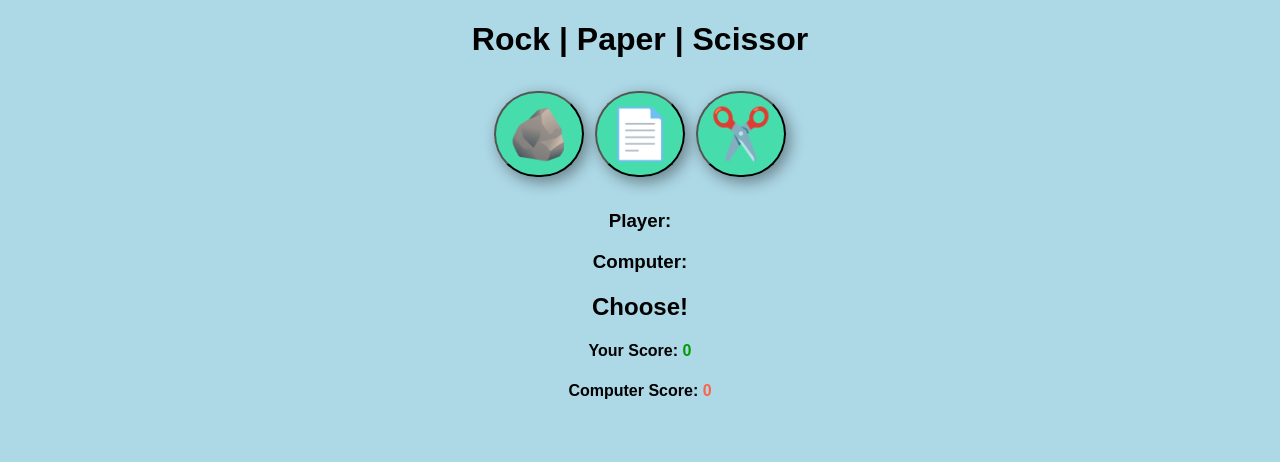
Repository: SakthivelDurai47/Rock-Paper-Sissors
Page: index.html
An editor plug-in stored every save of this project. The page is shown before and after the next save, followed by the edit.
The browser window is 1280 px wide. The pictures show the whole page.

Above is the page before, as saved 2025-04-14 23:17:46.

### index.html
<!DOCTYPE html>
<html lang="en">
  <head>
    <meta charset="UTF-8" />
    <meta name="viewport" content="width=device-width, initial-scale=1.0" />
    <title>Rock, Paper, Scissor</title>
    <meta name="aurthor" content="Sakthivel Durai S" />
    <link rel="stylesheet" href="styles.css" />
  </head>
  <body>
    <main>
      <h1>Rock | Paper | Scissor</h1>
      <div id="choice">
        <button onclick="playGame('Rock')">🪨</button>
        <button onclick="playGame('Paper')">📄</button>
        <button onclick="playGame('Scissor')">✂️</button>
      </div>
      <div id="info">
        <h3 id="playerInfo">Player:</h3>
        <h3 id="computerInfo">Computer:</h3>
      </div>
      <h2 id="result">Choose!</h2>
      <div id="scores">
        <h4>Your Score: <span id="scorePlr">0</span></h4>
        <h4>Computer Score: <span id="scoreCum">0</span></h4>
      </div>
    </main>
    <script src="index.js"></script>
  </body>
</html>

### styles.css
body {
  margin: 0;
  font-family: Arial, sans-serif;
  display: flex;
  flex-direction: column;
  align-items: center;
  text-align: center;
  background-color: lightblue;
}
#choice {
  margin: 30px;
}
button {
  border-radius: 300px;
  font-size: 50px;
  padding: 12px;
  margin: 3px;
  background-color: hsla(160, 70%, 55%, 0.9);
  box-shadow: 4px 5px 15px rgba(0, 3, 3, 0.4);
  transition: background-color 0.5s ease;
  cursor: pointer;
}
button:hover {
  background-color: turquoise;
  scale: 110%;
}

#scorePlr {
  color: rgb(0, 156, 0);
}

#scoreCum {
  color: tomato;
}
.greenText {
  color: rgb(0, 156, 0);
}
.redText {
  color: tomato;
}

### index.js
const choices = ["Rock", "Paper", "Scissor"];
const playerInfo = document.getElementById("playerInfo");
const computerInfo = document.getElementById("computerInfo");
const result = document.getElementById("result");
const scoreCom = document.getElementById("scoreCum");
const scorePlr = document.getElementById("scorePlr");
let playerScore = 0;
let computerScore = 0;

function playGame(playerChoice) {
  const computerChoice = choices[Math.floor(Math.random() * 3)];
  let results = "";
  console.log(computerChoice);

  if (playerChoice === computerChoice) {
    results = "It's a Tie";
  } else {
    switch (playerChoice) {
      case "Rock":
        results = computerChoice === "Scissor" ? "You Win!" : "You Lose!";
        break;
      case "Paper":
        results = computerChoice === "Rock" ? "You Win!" : "You Lose!";
        break;
      case "Scissor":
        results = computerChoice === "Paper" ? "You Win!" : "You Lose!";
        break;
    }
  }
  result.classList.remove("greenText", "redText");
  playerInfo.textContent = `Player: ${playerChoice}`;
  computerInfo.textContent = `Computer: ${computerChoice}`;
  result.textContent = results;

  if (results === "You Win!") {
    playerScore++;
    result.classList.add("greenText");
  } else if (results === "You Lose!") {
    computerScore++;
    result.classList.add("redText");
  }
  scoreCom.innerText = computerScore;
  scorePlr.innerText = playerScore;
}

After the next save:
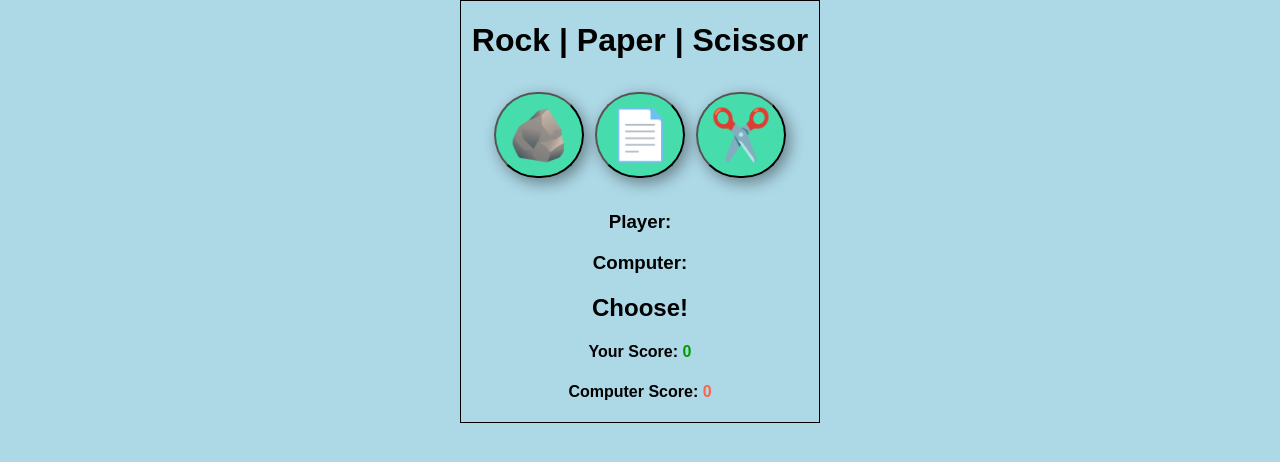
Saved 15 s later.
--- a/styles.css
+++ b/styles.css
@@ -38,3 +38,7 @@ button:hover {
 .redText {
   color: tomato;
 }
+
+main {
+  border: 1px solid black;
+}
